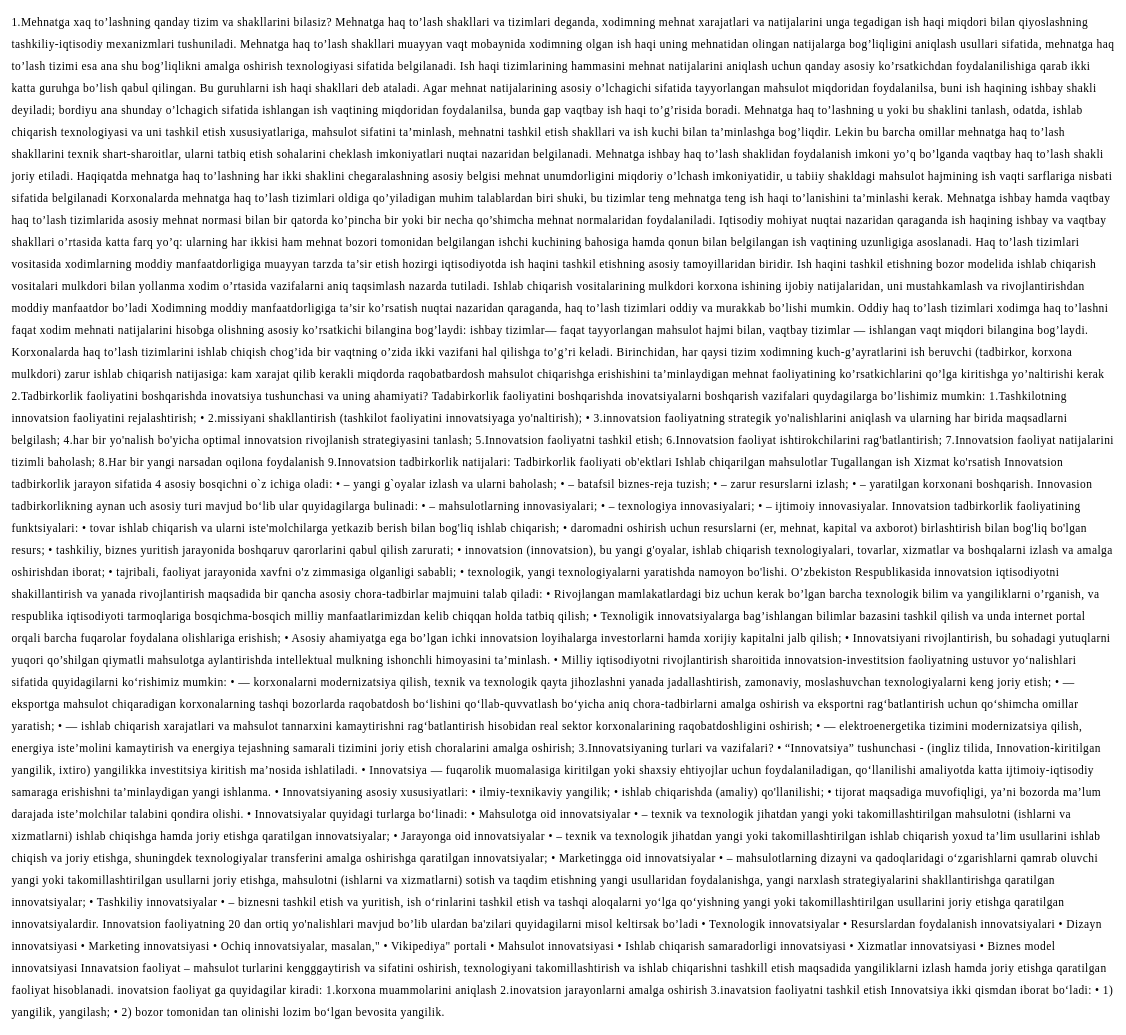
Repository: Ikromkhurozov/tsue-exam-answers
Page: index.html
These files come from the project's save history. The page is drawn as it stood at one moment and after a run of saves; the edit follows.
The browser window is 1280 px wide. The pictures show the whole page, at 88% of full size.

Above is the page before, as saved 2024-01-15 00:55:58.

After the next 6 saves:
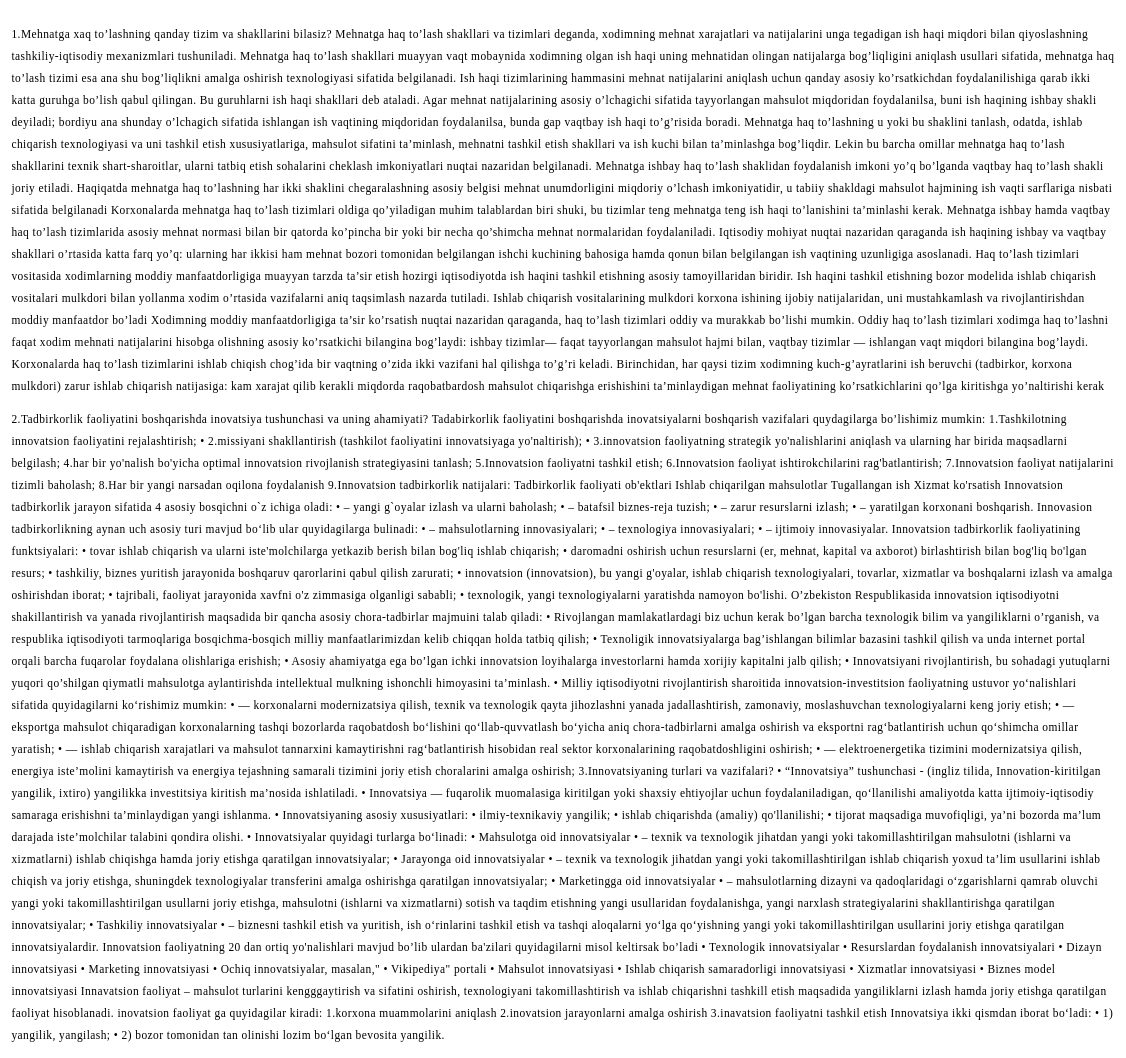
The 6 saves are shown as one change because they came seconds apart.
The last was saved 22 s later.
--- a/index.html
+++ b/index.html
@@ -24,17 +24,19 @@
 
    <div>
 
+      <p>1.Mehnatga xaq to’lashning qanday tizim va shakllarini bilasiz? Mehnatga haq to’lash shakllari va tizimlari deganda, xodimning mehnat xarajatlari va natijalarini unga tegadigan ish haqi miqdori bilan qiyoslashning tashkiliy-iqtisodiy mexanizmlari tushuniladi. Mehnatga haq to’lash shakllari muayyan vaqt mobaynida xodimning olgan ish haqi uning mehnatidan olingan natijalarga bog’liqligini aniqlash usullari sifatida, mehnatga haq to’lash tizimi esa ana shu bog’liqlikni amalga oshirish texnologiyasi sifatida belgilanadi.
+         Ish haqi tizimlarining hammasini mehnat natijalarini aniqlash uchun qanday asosiy ko’rsatkichdan foydalanilishiga qarab ikki katta guruhga bo’lish qabul qilingan. Bu guruhlarni ish haqi shakllari deb ataladi. Agar mehnat natijalarining asosiy o’lchagichi sifatida tayyorlangan mahsulot miqdoridan foydalanilsa, buni ish haqining ishbay shakli deyiladi; bordiyu ana shunday o’lchagich sifatida ishlangan ish vaqtining miqdoridan foydalanilsa, bunda gap vaqtbay ish haqi to’g’risida boradi.
+         Mehnatga haq to’lashning u yoki bu shaklini tanlash, odatda, ishlab chiqarish texnologiyasi va uni tashkil etish xususiyatlariga, mahsulot sifatini ta’minlash, mehnatni tashkil etish shakllari va ish kuchi bilan ta’minlashga bog’liqdir. Lekin bu barcha omillar mehnatga haq to’lash shakllarini texnik shart-sharoitlar, ularni tatbiq etish sohalarini cheklash imkoniyatlari nuqtai nazaridan belgilanadi. Mehnatga ishbay haq to’lash shaklidan foydalanish imkoni yo’q bo’lganda vaqtbay haq to’lash shakli joriy etiladi. Haqiqatda mehnatga haq to’lashning har ikki shaklini chegaralashning asosiy belgisi mehnat unumdorligini miqdoriy o’lchash imkoniyatidir, u tabiiy shakldagi mahsulot hajmining ish vaqti sarflariga nisbati sifatida belgilanadi
+         Korxonalarda mehnatga haq to’lash tizimlari oldiga qo’yiladigan muhim talablardan biri shuki, bu tizimlar teng mehnatga teng ish haqi to’lanishini ta’minlashi kerak.
+         Mehnatga ishbay hamda vaqtbay haq to’lash tizimlarida asosiy mehnat normasi bilan bir qatorda ko’pincha bir yoki bir necha qo’shimcha mehnat normalaridan foydalaniladi.
+         Iqtisodiy mohiyat nuqtai nazaridan qaraganda ish haqining ishbay va vaqtbay shakllari o’rtasida katta farq yo’q: ularning har ikkisi ham mehnat bozori tomonidan belgilangan ishchi kuchining bahosiga hamda qonun bilan belgilangan ish vaqtining uzunligiga asoslanadi.
+         Haq to’lash tizimlari vositasida xodimlarning moddiy manfaatdorligiga muayyan tarzda ta’sir etish hozirgi iqtisodiyotda ish haqini tashkil etishning asosiy tamoyillaridan biridir. Ish haqini tashkil etishning bozor modelida ishlab chiqarish vositalari mulkdori bilan yollanma xodim o’rtasida vazifalarni aniq taqsimlash nazarda tutiladi. Ishlab chiqarish vositalarining mulkdori korxona ishining ijobiy natijalaridan, uni mustahkamlash va rivojlantirishdan moddiy manfaatdor bo’ladi
+         Xodimning moddiy manfaatdorligiga ta’sir ko’rsatish nuqtai nazaridan qaraganda, haq to’lash tizimlari oddiy va murakkab bo’lishi mumkin. Oddiy haq to’lash tizimlari xodimga haq to’lashni faqat xodim mehnati natijalarini hisobga olishning asosiy ko’rsatkichi bilangina bog’laydi: ishbay tizimlar— faqat tayyorlangan mahsulot hajmi bilan, vaqtbay tizimlar — ishlangan vaqt miqdori bilangina bog’laydi.
+         Korxonalarda haq to’lash tizimlarini ishlab chiqish chog’ida bir vaqtning o’zida ikki vazifani hal qilishga to’g’ri keladi. Birinchidan, har qaysi tizim xodimning kuch-g’ayratlarini ish beruvchi (tadbirkor, korxona mulkdori) zarur ishlab chiqarish natijasiga: kam xarajat qilib kerakli miqdorda raqobatbardosh mahsulot chiqarishga erishishini ta’minlaydigan mehnat faoliyatining ko’rsatkichlarini qo’lga kiritishga yo’naltirishi kerak
+         </p>
 
 
-1.Mehnatga xaq to’lashning qanday tizim va shakllarini bilasiz? Mehnatga haq to’lash shakllari va tizimlari deganda, xodimning mehnat xarajatlari va natijalarini unga tegadigan ish haqi miqdori bilan qiyoslashning tashkiliy-iqtisodiy mexanizmlari tushuniladi. Mehnatga haq to’lash shakllari muayyan vaqt mobaynida xodimning olgan ish haqi uning mehnatidan olingan natijalarga bog’liqligini aniqlash usullari sifatida, mehnatga haq to’lash tizimi esa ana shu bog’liqlikni amalga oshirish texnologiyasi sifatida belgilanadi.
-Ish haqi tizimlarining hammasini mehnat natijalarini aniqlash uchun qanday asosiy ko’rsatkichdan foydalanilishiga qarab ikki katta guruhga bo’lish qabul qilingan. Bu guruhlarni ish haqi shakllari deb ataladi. Agar mehnat natijalarining asosiy o’lchagichi sifatida tayyorlangan mahsulot miqdoridan foydalanilsa, buni ish haqining ishbay shakli deyiladi; bordiyu ana shunday o’lchagich sifatida ishlangan ish vaqtining miqdoridan foydalanilsa, bunda gap vaqtbay ish haqi to’g’risida boradi.
-Mehnatga haq to’lashning u yoki bu shaklini tanlash, odatda, ishlab chiqarish texnologiyasi va uni tashkil etish xususiyatlariga, mahsulot sifatini ta’minlash, mehnatni tashkil etish shakllari va ish kuchi bilan ta’minlashga bog’liqdir. Lekin bu barcha omillar mehnatga haq to’lash shakllarini texnik shart-sharoitlar, ularni tatbiq etish sohalarini cheklash imkoniyatlari nuqtai nazaridan belgilanadi. Mehnatga ishbay haq to’lash shaklidan foydalanish imkoni yo’q bo’lganda vaqtbay haq to’lash shakli joriy etiladi. Haqiqatda mehnatga haq to’lashning har ikki shaklini chegaralashning asosiy belgisi mehnat unumdorligini miqdoriy o’lchash imkoniyatidir, u tabiiy shakldagi mahsulot hajmining ish vaqti sarflariga nisbati sifatida belgilanadi
-Korxonalarda mehnatga haq to’lash tizimlari oldiga qo’yiladigan muhim talablardan biri shuki, bu tizimlar teng mehnatga teng ish haqi to’lanishini ta’minlashi kerak.
-Mehnatga ishbay hamda vaqtbay haq to’lash tizimlarida asosiy mehnat normasi bilan bir qatorda ko’pincha bir yoki bir necha qo’shimcha mehnat normalaridan foydalaniladi.
-Iqtisodiy mohiyat nuqtai nazaridan qaraganda ish haqining ishbay va vaqtbay shakllari o’rtasida katta farq yo’q: ularning har ikkisi ham mehnat bozori tomonidan belgilangan ishchi kuchining bahosiga hamda qonun bilan belgilangan ish vaqtining uzunligiga asoslanadi.
-Haq to’lash tizimlari vositasida xodimlarning moddiy manfaatdorligiga muayyan tarzda ta’sir etish hozirgi iqtisodiyotda ish haqini tashkil etishning asosiy tamoyillaridan biridir. Ish haqini tashkil etishning bozor modelida ishlab chiqarish vositalari mulkdori bilan yollanma xodim o’rtasida vazifalarni aniq taqsimlash nazarda tutiladi. Ishlab chiqarish vositalarining mulkdori korxona ishining ijobiy natijalaridan, uni mustahkamlash va rivojlantirishdan moddiy manfaatdor bo’ladi
-Xodimning moddiy manfaatdorligiga ta’sir ko’rsatish nuqtai nazaridan qaraganda, haq to’lash tizimlari oddiy va murakkab bo’lishi mumkin. Oddiy haq to’lash tizimlari xodimga haq to’lashni faqat xodim mehnati natijalarini hisobga olishning asosiy ko’rsatkichi bilangina bog’laydi: ishbay tizimlar— faqat tayyorlangan mahsulot hajmi bilan, vaqtbay tizimlar — ishlangan vaqt miqdori bilangina bog’laydi.
-Korxonalarda haq to’lash tizimlarini ishlab chiqish chog’ida bir vaqtning o’zida ikki vazifani hal qilishga to’g’ri keladi. Birinchidan, har qaysi tizim xodimning kuch-g’ayratlarini ish beruvchi (tadbirkor, korxona mulkdori) zarur ishlab chiqarish natijasiga: kam xarajat qilib kerakli miqdorda raqobatbardosh mahsulot chiqarishga erishishini ta’minlaydigan mehnat faoliyatining ko’rsatkichlarini qo’lga kiritishga yo’naltirishi kerak
+
 
 2.Tadbirkorlik faoliyatini boshqarishda inovatsiya tushunchasi va uning ahamiyati?
 Tadabirkorlik faoliyatini boshqarishda inovatsiyalarni boshqarish vazifalari quydagilarga bo’lishimiz mumkin: 1.Tashkilotning innovatsion faoliyatini rejalashtirish;
